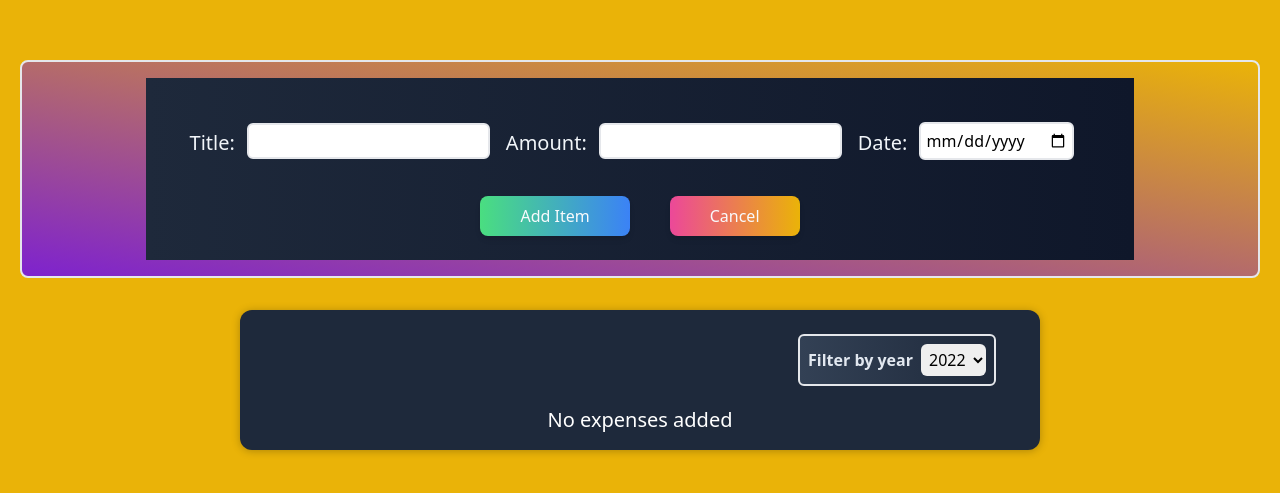
Repository: Sef24/expense-tracker
Page: /, after clicking the first element matching `button.flex`
These files come from the project's save history. The page is drawn as it stood at one moment and after the next save; the edit follows.
The browser window is 1280 px wide. The pictures show the whole page.
The project was rebuilt for these pictures with package versions that can differ from the ones it lists, and the page was loaded fresh each time. Also part of the build but not shown: src/components/ExpenseItem.css, src/components/ExpenseDate.css, src/components/ExpenseDate.js, src/components/ExpenseItem.js, src/components/NewExpense/NewExpense.css, src/components/NewExpense/ExpenseForm.css.

Above is the page before, as saved 2022-05-03 20:29:14.

### public/index.html
<!DOCTYPE html>
<html lang="en">
  <head>
    <meta charset="utf-8" />
    <link rel="icon" href="%PUBLIC_URL%/favicon.ico" />
    <meta name="viewport" content="width=device-width, initial-scale=1" />

    <meta
      name="description"
      content="Web site created using create-react-app"
    />
    <link rel="apple-touch-icon" href="%PUBLIC_URL%/logo192.png" />
    <!--
      manifest.json provides metadata used when your web app is installed on a
      user's mobile device or desktop. See https://developers.google.com/web/fundamentals/web-app-manifest/
    -->
    <link rel="manifest" href="%PUBLIC_URL%/manifest.json" />
    <!--
      Notice the use of %PUBLIC_URL% in the tags above.
      It will be replaced with the URL of the `public` folder during the build.
      Only files inside the `public` folder can be referenced from the HTML.

      Unlike "/favicon.ico" or "favicon.ico", "%PUBLIC_URL%/favicon.ico" will
      work correctly both with client-side routing and a non-root public URL.
      Learn how to configure a non-root public URL by running `npm run build`.
    -->
    <title>React App</title>
  </head>
  <body>
    <noscript>You need to enable JavaScript to run this app.</noscript>
    <div id="root"></div>
    <!--
      This HTML file is a template.
      If you open it directly in the browser, you will see an empty page.

      You can add webfonts, meta tags, or analytics to this file.
      The build step will place the bundled scripts into the <body> tag.

      To begin the development, run `npm start` or `yarn start`.
      To create a production bundle, use `npm run build` or `yarn build`.
    -->
  </body>
</html>

### src/index.css
@tailwind base;
@tailwind components;
@tailwind utilities;

@layer base {
  body {
    @apply bg-yellow-500;
  }
}

### src/App.js
import Expenses from "./components/Expenses";
import NewExpense from "./components/NewExpense/NewExpense";
import { useState } from "react";

const DUMMY_DATA = [
  {
    id: "e1",
    title: "Phone",
    amount: 94.12,
    date: new Date(2020, 7, 14),
  },
  { id: "e2", title: "New TV", amount: 799.49, date: new Date(2021, 2, 12) },
  {
    id: "e3",
    title: "Car Insurance",
    amount: 294.67,
    date: new Date(2021, 2, 28),
  },
  {
    id: "e4",
    title: "New Desk (Wooden)",
    amount: 450,
    date: new Date(2021, 5, 12),
  },
];

function App() {
  const [expenses, setExpenses] = useState(DUMMY_DATA);

  const addExpenseHandler = (expense) => {
    setExpenses((prevExpenses) => {
      return [expense, ...prevExpenses];
    });
  };
  return (
    <div>
      <div>
        <NewExpense onAddExpense={addExpenseHandler} />
        <Expenses items={expenses} />
      </div>
    </div>
  );
}

export default App;

### src/components/Expenses.js
import React, { useState } from "react";

import "./Expenses.css";
import ExpensesList from "./ExpensesList";
import ExpensesFilter from "./NewExpense/ExpensesFilter";

function Expenses(props) {
  const [filteredYear, setFilteredYear] = useState("2022");

  const filterChangeHandler = (selectedYear) => {
    setFilteredYear(selectedYear);
  };

  const filteredExpenses = props.items.filter((expense) => {
    return expense.date.getFullYear().toString() === filteredYear;
  });

  return (
    <div>
      <div className="expenses  bg-slate-800 ... ">
        <ExpensesFilter
          selected={filteredYear}
          onChangeFilter={filterChangeHandler}
        />
        <ExpensesList items={filteredExpenses} />
      </div>
    </div>
  );
}

export default Expenses;

### src/components/NewExpense/NewExpense.js
import React from "react";
import "./NewExpense.css";
import ExpenseForm from "./ExpenseForm";
import { useState } from "react";

function NewExpense(props) {
  const [isEditing, setIsEditing] = useState(false);

  const saveExpenseDataHandler = (enteredExpenseData) => {
    const expenseData = {
      ...enteredExpenseData,
      id: Math.random().toString(),
    };

    props.onAddExpense(expenseData);
    setIsEditing(false);
  };

  const startEditingHandler = () => {
    setIsEditing(true);
  };

  const stopEditingHandler = () => {
    setIsEditing(false);
  };

  return (
    <div className="flex flex-col sm:flex-row m-5 justify-between items-center h-auto rounded-lg">
      <div
        className="flex flex-grow justify-evenly w-full p-4 mt-10 items-center  border-2
        bg-gradient-to-tr from-purple-700 ... px-10 rounded-lg "
      >
        {!isEditing && (
          <button
            onClick={startEditingHandler}
            className="flex  items-center justify-center border-2 border-cyan-500 p-2 px-4 rounded-full text-slate-50
          cursor-pointer transition duration-100 transform hover:scale-125 hover:text-white
          bg-cyan-500 text-extra-bold
          "
          >
            Add Expense
          </button>
        )}
        {isEditing && (
          <ExpenseForm
            onSaveExpenseData={saveExpenseDataHandler}
            onCancel={stopEditingHandler}
          />
        )}
      </div>
    </div>
  );
}

export default NewExpense;

### src/components/Expenses.css
.expenses {
  padding: 1rem;

  margin: 2rem auto;
  width: 50rem;
  max-width: 95%;
  border-radius: 12px;
  box-shadow: 0 1px 8px rgba(0, 0, 0, 0.25);
}

### src/components/ExpensesList.js
import React from "react";

import ExpenseItem from "./ExpenseItem";

const ExpensesList = (props) => {
  if (props.items.length === 0) {
    return (
      <h2 className="text-white font-light text-xl flex items-center justify-center mt-3">
        No expenses added
      </h2>
    );
  }

  return (
    <ul>
      {props.items.map((expense) => (
        <ExpenseItem
          key={expense.id}
          id={expense.id}
          title={expense.title}
          amount={expense.amount}
          date={expense.date}
        />
      ))}
    </ul>
  );
};

export default ExpensesList;

### src/components/NewExpense/ExpensesFilter.js
import React from "react";

const ExpensesFilter = (props) => {
  const dropdownChangeHandler = (event) => {
    props.onChangeFilter(event.target.value);
  };
  return (
    <div className="">
      <div className="flex justify-end p-2 mr-5 ">
        <div
          className="border-2 rounded-md border-inherit p-2 ml-6
        bg-gradient-to-r from-slate-700 to-slate-800 ..."
        >
          <label className="text-slate-200 font-bold mr-2">
            Filter by year
          </label>
          <select
            value={props.selected}
            onChange={dropdownChangeHandler}
            className="rounded-md p-1"
          >
            <option value="2022">2022</option>
            <option value="2021">2021</option>
            <option value="2020">2020</option>
            <option value="2019">2019</option>
          </select>
        </div>
      </div>
    </div>
  );
};

export default ExpensesFilter;

### src/components/NewExpense/ExpenseForm.js
import React, { useState } from "react";
import "./ExpenseForm.css";

function ExpenseForm(props) {
  const [titleHandler, setTitleHandler] = useState("");
  const [amountHandler, setAmountHandler] = useState("");
  const [dateHandler, setDateHandler] = useState("");

  const handleTitleChange = (event) => {
    setTitleHandler(event.target.value);
  };

  const handleAmountChange = (event) => {
    setAmountHandler(event.target.value);
  };

  const handleDateChange = (event) => {
    setDateHandler(event.target.value);
  };

  const handleSubmit = (event) => {
    event.preventDefault();

    const expenseData = {
      title: titleHandler,
      amount: amountHandler,
      date: new Date(dateHandler),
    };
    props.onSaveExpenseData(expenseData);
    setTitleHandler("");
    setAmountHandler("");
    setDateHandler("");
  };

  return (
    <form
      className="bg-gradient-to-r from-slate-800 to-slate-900 ... p-6 mx-8 "
      onSubmit={handleSubmit}
    >
      <div className="flex flex-col sm:flex-row m-5 justify-between items-center h-auto">
        <div className="font-normal text-slate-100 text-xl mr-1 mt-1">
          Title:
        </div>
        <input
          className="border-2 mr-4 ml-2 rounded-md p-1 hover:bg-slate-50 active:bg-slate-50 "
          type="text"
          onChange={handleTitleChange}
          value={titleHandler}
        />

        <div className="font-normal text-slate-100 text-xl mr-1 mt-1">
          Amount:
        </div>
        <input
          className="border-2 mr-4 ml-2 rounded-md p-1 hover:bg-slate-50 active:bg-slate-50"
          type="number"
          min="0.01"
          step="0.01"
          onChange={handleAmountChange}
          value={amountHandler}
        />

        <div className="font-normal text-slate-100 text-xl mr-1 mt-1">
          Date:
        </div>
        <input
          className="border-2 mr-4 ml-2 rounded-md p-1 hover:bg-slate-50 active:bg-slate-50"
          type="date"
          onChange={handleDateChange}
          value={dateHandler}
        />
      </div>
      <div className="flex flex-grow space-x-10 items-center justify-center ">
        <button
          type="submit"
          className="p-2 mt-4 px-10 border-3 border-solid rounded-lg shadow-md
          bg-gradient-to-r from-green-400 to-blue-500
          hover:from-pink-500 hover:to-yellow-500 ...
          active:opacity-75 text-slate-50 whitespace-nowrap"
        >
          Add Item
        </button>
        <button
          type="button"
          onClick={props.onCancel}
          className="p-2 mt-4 px-10 border-3 border-solid rounded-lg shadow-md
          bg-gradient-to-r from-pink-500 to-yellow-500
          hover:from-green-400 hover:to-blue-500 ...
          active:opacity-75 text-slate-50 whitespace-nowrap"
        >
          Cancel
        </button>
      </div>
    </form>
  );
}

export default ExpenseForm;

Loaded but not shown: src/index.js (common file); tailwind.config.js (common file)

After the next save:
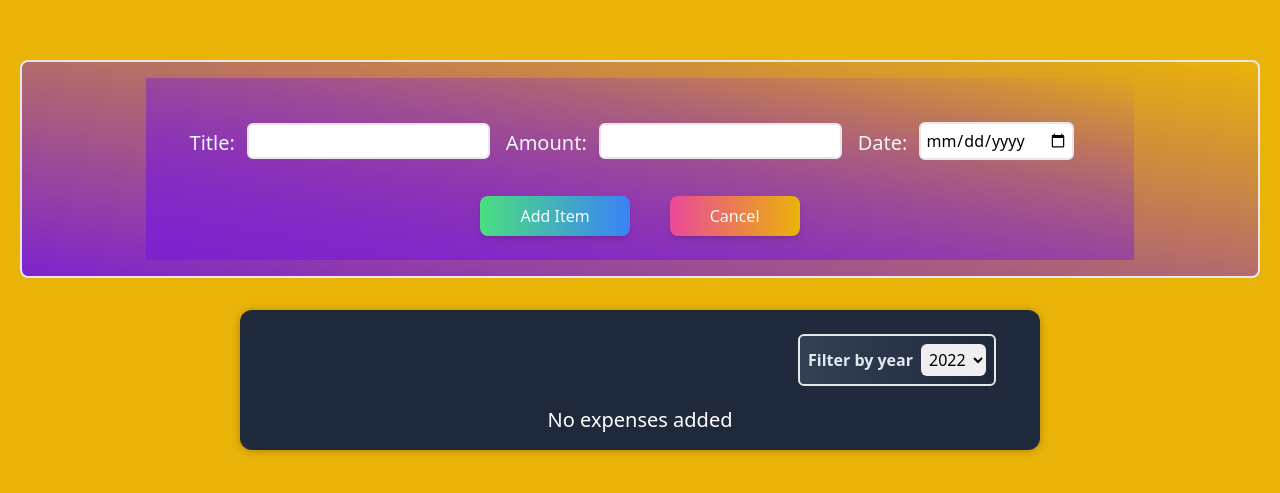
Saved 27 s later.
--- a/src/components/NewExpense/ExpenseForm.js
+++ b/src/components/NewExpense/ExpenseForm.js
@@ -34,7 +34,7 @@ function ExpenseForm(props) {
 
   return (
     <form
-      className="bg-gradient-to-r from-slate-800 to-slate-900 ... p-6 mx-8 "
+      className="bg-gradient-to-r bg-gradient-to-tr from-purple-700 ... p-6 mx-8 "
       onSubmit={handleSubmit}
     >
       <div className="flex flex-col sm:flex-row m-5 justify-between items-center h-auto">

After the 2 saves that followed:
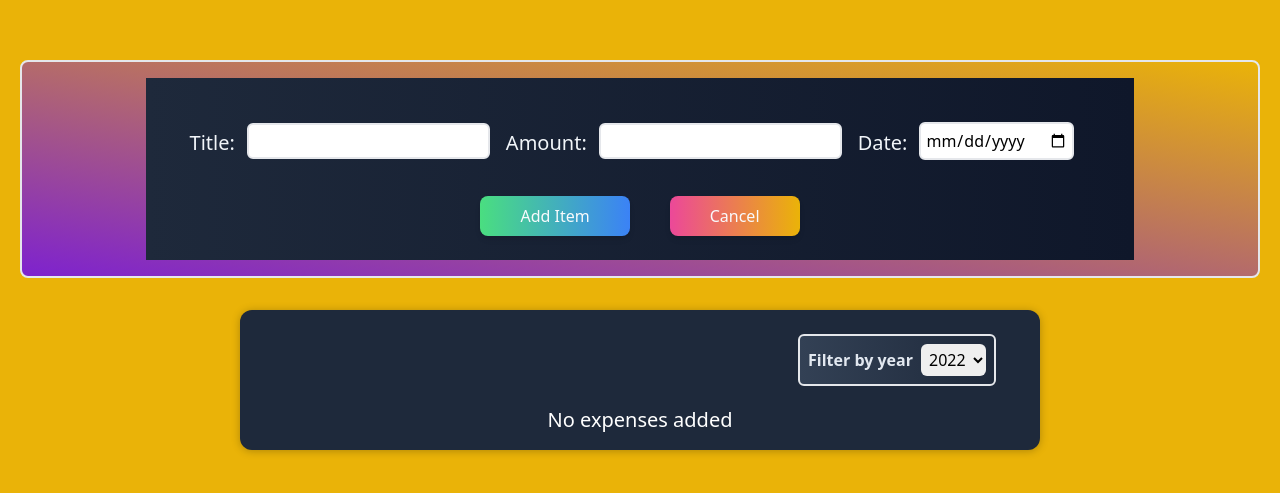
The 2 saves are shown as one change because 1 left the picture as it was.
The last was saved 32 s later.
--- a/src/components/NewExpense/ExpenseForm.js
+++ b/src/components/NewExpense/ExpenseForm.js
@@ -34,7 +34,7 @@ function ExpenseForm(props) {
 
   return (
     <form
-      className="bg-gradient-to-r bg-gradient-to-tr from-purple-700 ... p-6 mx-8 "
+      className="bg-gradient-to-r from-slate-800 to-slate-900 ... p-6 mx-8 "
       onSubmit={handleSubmit}
     >
       <div className="flex flex-col sm:flex-row m-5 justify-between items-center h-auto">
